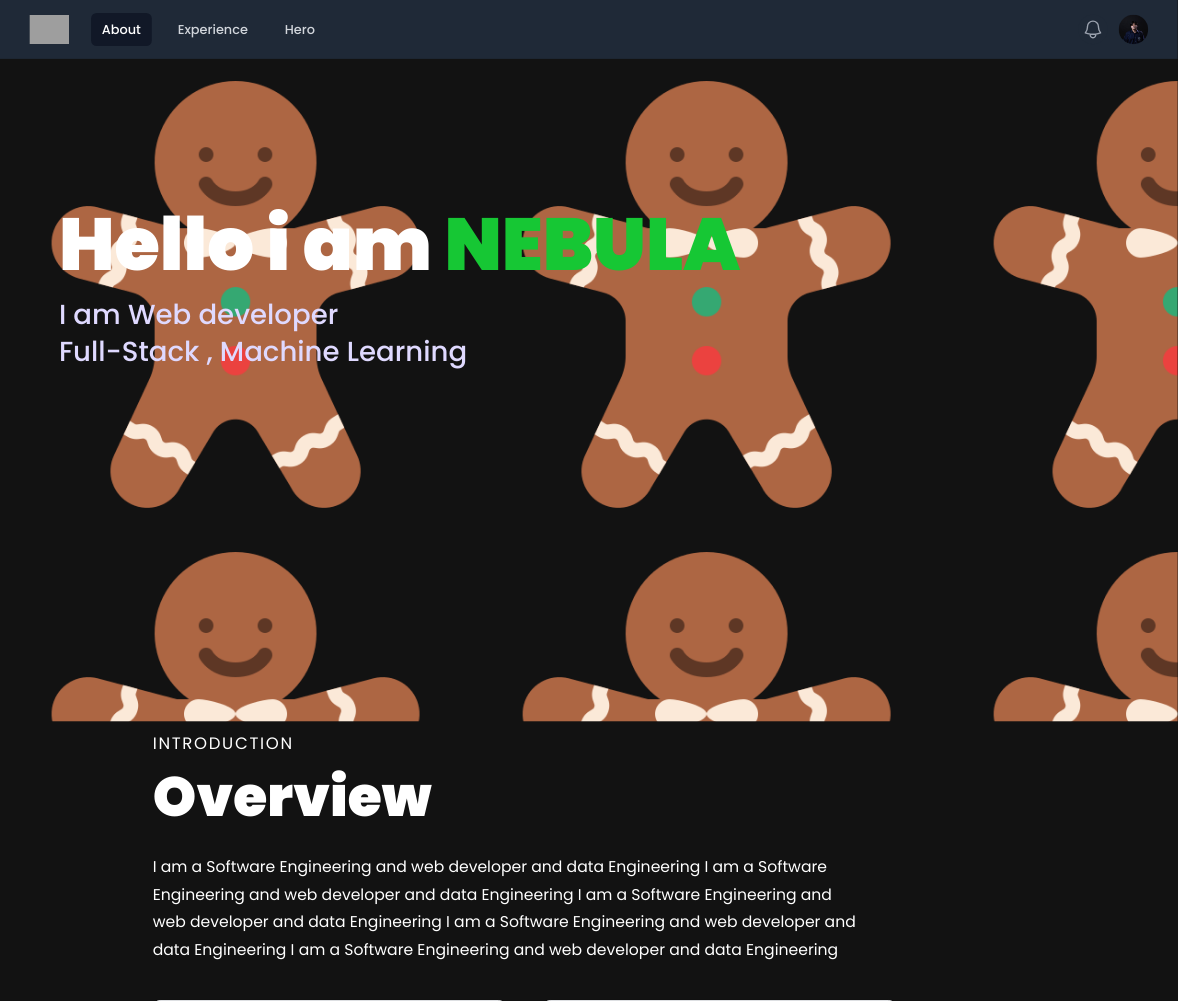
Repository: supakorn5039-boon/React-f
Page: /
These files come from the project's save history. The page is drawn as it stood at one moment and after the next save; the edit follows.
The browser window is 1280 px wide. The pictures show the part of the page from y = 0 to 1088 px (the page is 2029 px tall before and 1927 px after), at 92% of full size.
Pictures or frames that could not be fetched are drawn as grey boxes. The project was rebuilt for these pictures with package versions that can differ from the ones it lists, and the page was loaded fresh each time. Also part of the build but not shown: vite.config.js.

Above is the page before, as saved 2024-01-09 22:21:28.

### src/App.jsx
import Hero from "./components/Hero";
import About from "./components/About";
import Experience from "./components/Experience";
import Navbar from "./components/Navbar";

export default function App() {
  return (
    <div>
      <Navbar />
      <Hero />
      <About />
      <Experience />
    </div>
  );
}

### src/index.css
@import url("https://fonts.googleapis.com/css2?family=Poppins:wght@100;200;300;400;500;600;700;800;900&display=swap");

@tailwind base;
@tailwind components;
@tailwind utilities;

* {
  margin: 0;
  padding: 0;
  box-sizing: border-box;
  font-family: "Poppins", sans-serif;
  scroll-behavior: smooth;
  color-scheme: dark;
}
.bg-boon {
  background-image: url("./assets/gingerbread-man.png");
}
.section {
  position: absolute;
  inset: 0;
  top: 120px;
  max-width: 7xl;
  margin: 0 auto;
  padding-left: 6rem;
  padding-right: 6rem;
  display: flex;
  flex-direction: row;
  align-items: flex-start;
  gap: 1.25rem; /* This corresponds to 5 units in "rem" */
}
.heroHeadText {
  font-weight: 900;
  color: white;
  font-size: 80px;
  line-height: 98px;
  margin-top: 2rem;
}

@media (max-width: 1023px) {
  .heroHeadText {
    font-size: 60px;
  }
}

@media (max-width: 767px) {
  .heroHeadText {
    font-size: 50px;
  }
}

@media (max-width: 575px) {
  .heroHeadText {
    font-size: 40px;
  }
}

.heroSubText {
  font-weight: 500;
  color: #dfd9ff;
  font-size: 30px;
  line-height: 40px;
}

@media (max-width: 1023px) {
  .heroSubText {
    font-size: 26px;
  }
}

@media (max-width: 767px) {
  .heroSubText {
    font-size: 20px;
  }
}

@media (max-width: 575px) {
  .heroSubText {
    font-size: 16px;
  }
}

.sectionHeadText {
  color: white;
  font-weight: 900;
  font-size: 60px;
}

@media (max-width: 767px) {
  .sectionHeadText {
    font-size: 50px;
  }
}

@media (max-width: 575px) {
  .sectionHeadText {
    font-size: 40px;
  }
}

.sectionSubText {
  font-size: 18px;
  text-transform: uppercase;
  letter-spacing: 0.1em;
  color: var(--text-secondary);
}

@media (max-width: 767px) {
  .sectionSubText {
    font-size: 18px;
  }
}

.about-head {
  padding: 10px 6px; /* Default padding values */
  max-width: calc(100% - 20rem); /* Adjust the value according to your needs */
  margin: 0 auto;
  position: relative;
  z-index: 0;
}

@media (min-width: 640px) {
  .myElement {
    padding: 16px 6px; /* Updated padding for sm screen size */
  }
}

.about-text {
  margin-top: 1rem; /* Equivalent to mt-4 */
  color: white; /* Assuming --text-secondary is defined */
  font-size: 17px;
  max-width: 48rem; /* Equivalent to max-w-3xl */
  line-height: 1.875rem; /* Equivalent to leading-[30px] */
}

### src/components/Hero.jsx
export default function Hero() {
  return (
    <section className="relative w-full h-screen mx-auto bg-boon">
      <div className="absolute inset-0 top-[120px] mx-w-7xl mx-auto sm:px-16 px-6 flex flex-auto">
        <div>
          <h1 className="heroHeadText">
            Hello i am <span className="text-[#16c734]">NEBULA</span>
          </h1>
          <p className="heroSubText mt-2 text-white-100">
            I am Web developer <br />
            Full-Stack , Machine Learning
          </p>
        </div>
      </div>
    </section>
  );
}

### src/components/About.jsx
/* eslint-disable react/prop-types */
import { services } from "../data/Data";

const AboutCard = ({ item }) => {
  return (
    <div className="xs max-w-sm bg-white border border-gray-200 rounded-lg shadow dark:bg-gray-800 dark:border-gray-700">
      <a href="#">
        <img
          style={{ width: "100%", height: "200px" }}
          className="rounded-t-lg"
          src={item.image}
          alt=""
        />
      </a>
      <div className="p-5">
        <a href="#">
          <h5 className="mb-2 text-2xl font-bold tracking-tight text-gray-900 dark:text-white">
            Noteworthy technology acquisitions 2021
          </h5>
        </a>
        <p className="mb-3 font-normal text-gray-700 dark:text-gray-400">
          Here are the biggest enterprise technology acquisitions of 2021 so
          far, in reverse chronological order.
        </p>
        <a
          href="#"
          className="inline-flex items-center px-3 py-2 text-sm font-medium text-center text-white bg-blue-700 rounded-lg hover:bg-blue-800 focus:ring-4 focus:outline-none focus:ring-blue-300 dark:bg-blue-600 dark:hover:bg-blue-700 dark:focus:ring-blue-800"
        >
          Read more
          <svg
            className="rtl:rotate-180 w-3.5 h-3.5 ms-2"
            aria-hidden="true"
            xmlns="http://www.w3.org/2000/svg"
            fill="none"
            viewBox="0 0 14 10"
          >
            <path
              stroke="currentColor"
              strokeLinecap="round"
              strokeLinejoin="round"
              strokeWidth="2"
              d="M1 5h12m0 0L9 1m4 4L9 9"
            />
          </svg>
        </a>
      </div>
    </div>
  );
};

const About = () => {
  return (
    <div className="about-head">
      <div className="sectionSubText">Introduction</div>
      <h2 className="sectionHeadText">Overview</h2>
      <div className="about-text">
        I am a Software Engineering and web developer and data Engineering I am
        a Software Engineering and web developer and data Engineering I am a
        Software Engineering and web developer and data Engineering I am a
        Software Engineering and web developer and data Engineering I am a
        Software Engineering and web developer and data Engineering{" "}
      </div>

      <div className="mt-10 flex flex-wrap gap-10">
        {services.map((item, index) => {
          return <AboutCard item={item} key={index} />;
        })}
      </div>
    </div>
  );
};

export default About;

### src/components/Navbar.jsx
import { Fragment } from "react";
import { Disclosure, Menu, Transition } from "@headlessui/react";
import { Bars3Icon, BellIcon, XMarkIcon } from "@heroicons/react/24/outline";
import boon from "../assets/Photo.jpg";
const navigation = [
  { name: "About", href: "#about", current: true },
  { name: "Experience", href: "#experience", current: false },
  { name: "Hero", href: "#hero", current: false },
];

function classNames(...classes) {
  return classes.filter(Boolean).join(" ");
}

export default function Navbar() {
  return (
    <Disclosure as="nav" className="bg-gray-800">
      {({ open }) => (
        <>
          <div className="mx-auto max-w-7xl px-2 sm:px-6 lg:px-8">
            <div className="relative flex h-16 items-center justify-between">
              <div className="absolute inset-y-0 left-0 flex items-center sm:hidden">
                {/* Mobile menu button*/}
                <Disclosure.Button className="relative inline-flex items-center justify-center rounded-md p-2 text-gray-400 hover:bg-gray-700 hover:text-white focus:outline-none focus:ring-2 focus:ring-inset focus:ring-white">
                  <span className="absolute -inset-0.5" />
                  <span className="sr-only">Open main menu</span>
                  {open ? (
                    <XMarkIcon className="block h-6 w-6" aria-hidden="true" />
                  ) : (
                    <Bars3Icon className="block h-6 w-6" aria-hidden="true" />
                  )}
                </Disclosure.Button>
              </div>
              <div className="flex flex-1 items-center justify-center sm:items-stretch sm:justify-start">
                <div className="flex flex-shrink-0 items-center">
                  <img
                    className="h-8 w-auto"
                    src="https://tailwindui.com/img/logos/mark.svg?color=indigo&shade=500"
                    alt="Your Company"
                  />
                </div>
                <div className="hidden sm:ml-6 sm:block">
                  <div className="flex space-x-4">
                    {navigation.map((item) => (
                      <a
                        key={item.name}
                        href={item.href}
                        className={classNames(
                          item.current
                            ? "bg-gray-900 text-white"
                            : "text-gray-300 hover:bg-gray-700 hover:text-white",
                          "rounded-md px-3 py-2 text-sm font-medium"
                        )}
                        aria-current={item.current ? "page" : undefined}
                      >
                        {item.name}
                      </a>
                    ))}
                  </div>
                </div>
              </div>
              <div className="absolute inset-y-0 right-0 flex items-center pr-2 sm:static sm:inset-auto sm:ml-6 sm:pr-0">
                <button
                  type="button"
                  className="relative rounded-full bg-gray-800 p-1 text-gray-400 hover:text-white focus:outline-none focus:ring-2 focus:ring-white focus:ring-offset-2 focus:ring-offset-gray-800"
                >
                  <span className="absolute -inset-1.5" />
                  <span className="sr-only">View notifications</span>
                  <BellIcon className="h-6 w-6" aria-hidden="true" />
                </button>

                {/* Profile dropdown */}
                <Menu as="div" className="relative ml-3">
                  <div>
                    <Menu.Button className="relative flex rounded-full bg-gray-800 text-sm focus:outline-none focus:ring-2 focus:ring-white focus:ring-offset-2 focus:ring-offset-gray-800">
                      <span className="absolute -inset-1.5" />
                      <span className="sr-only">Open user menu</span>
                      <img className="h-8 w-8 rounded-full" src={boon} alt="" />
                    </Menu.Button>
                  </div>
                  <Transition
                    as={Fragment}
                    enter="transition ease-out duration-100"
                    enterFrom="transform opacity-0 scale-95"
                    enterTo="transform opacity-100 scale-100"
                    leave="transition ease-in duration-75"
                    leaveFrom="transform opacity-100 scale-100"
                    leaveTo="transform opacity-0 scale-95"
                  >
                    <Menu.Items className="absolute right-0 z-10 mt-2 w-48 origin-top-right rounded-md bg-white py-1 shadow-lg ring-1 ring-black ring-opacity-5 focus:outline-none">
                      <Menu.Item>
                        {({ active }) => (
                          <a
                            href="#"
                            className={classNames(
                              active ? "bg-gray-100" : "",
                              "block px-4 py-2 text-sm text-gray-700"
                            )}
                          >
                            Your Profile
                          </a>
                        )}
                      </Menu.Item>
                      <Menu.Item>
                        {({ active }) => (
                          <a
                            href="#"
                            className={classNames(
                              active ? "bg-gray-100" : "",
                              "block px-4 py-2 text-sm text-gray-700"
                            )}
                          >
                            Settings
                          </a>
                        )}
                      </Menu.Item>
                      <Menu.Item>
                        {({ active }) => (
                          <a
                            href="#"
                            className={classNames(
                              active ? "bg-gray-100" : "",
                              "block px-4 py-2 text-sm text-gray-700"
                            )}
                          >
                            Sign out
                          </a>
                        )}
                      </Menu.Item>
                    </Menu.Items>
                  </Transition>
                </Menu>
              </div>
            </div>
          </div>

          <Disclosure.Panel className="sm:hidden">
            <div className="space-y-1 px-2 pb-3 pt-2">
              {navigation.map((item) => (
                <Disclosure.Button
                  key={item.name}
                  as="a"
                  href={item.href}
                  className={classNames(
                    item.current
                      ? "bg-gray-900 text-white"
                      : "text-gray-300 hover:bg-gray-700 hover:text-white",
                    "block rounded-md px-3 py-2 text-base font-medium"
                  )}
                  aria-current={item.current ? "page" : undefined}
                >
                  {item.name}
                </Disclosure.Button>
              ))}
            </div>
          </Disclosure.Panel>
        </>
      )}
    </Disclosure>
  );
}

### src/data/Data.js
export const services = [
  {
    title: "Web Developer",
    image: "https://source.unsplash.com/random?wallpapers",
  },
  {
    title: "Web GIS",
    image: "https://source.unsplash.com/random?wallpapers",
  },
  {
    title: "Backend Developer",
    image: "https://source.unsplash.com/random?wallpapers",
  },
  {
    title: "Youtuber",
    image: "https://source.unsplash.com/random?wallpapers",
  },
];

export const experiences = [
  {
    title: "React",
    company_name: "RTAF",
    iconBg: "#383E56",
    icon: "https://source.unsplash.com/random?wallpapers",
    date: "March 2022 - April 2023",
    points: [
      "Lorem ipsum dolor sit amet consectetur, adipisicing elit. Tenetur vitae voluptas voluptatum, rerum deleniti enim quis repellat ipsum. Deleniti eius quo esse ea minima quisquam recusandae, possimus consectetur necessitatibus accusantium!",
      "Lorem ipsum dolor sit amet consectetur, adipisicing elit. Tenetur vitae voluptas voluptatum, rerum deleniti enim quis repellat ipsum. Deleniti eius quo esse ea minima quisquam recusandae, possimus consectetur necessitatibus accusantium!",
    ],
  },
  {
    title: "React",
    company_name: "RTAF",
    iconBg: "#383E56",
    icon: "https://source.unsplash.com/random?wallpapers",
    date: "March 2023 - April 2024",
    points: [
      "Lorem ipsum dolor sit amet consectetur, adipisicing elit. Tenetur vitae voluptas voluptatum, rerum deleniti enim quis repellat ipsum. Deleniti eius quo esse ea minima quisquam recusandae, possimus consectetur necessitatibus accusantium!",
      "Lorem ipsum dolor sit amet consectetur, adipisicing elit. Tenetur vitae voluptas voluptatum, rerum deleniti enim quis repellat ipsum. Deleniti eius quo esse ea minima quisquam recusandae, possimus consectetur necessitatibus accusantium!",
    ],
  },
  {
    title: "React",
    company_name: "RTAF",
    iconBg: "#383E56",
    icon: "https://source.unsplash.com/random?wallpapers",
    date: "March 2024 - Current",
    points: [
      "Lorem ipsum dolor sit amet consectetur, adipisicing elit. Tenetur vitae voluptas voluptatum, rerum deleniti enim quis repellat ipsum. Deleniti eius quo esse ea minima quisquam recusandae, possimus consectetur necessitatibus accusantium!",
      "Lorem ipsum dolor sit amet consectetur, adipisicing elit. Tenetur vitae voluptas voluptatum, rerum deleniti enim quis repellat ipsum. Deleniti eius quo esse ea minima quisquam recusandae, possimus consectetur necessitatibus accusantium!",
    ],
  },
];

### tailwind.config.js
/** @type {import('tailwindcss').Config} */
export default {
  content: ["./index.html", "./src/**/*.{js,ts,jsx,tsx}"],
  theme: {
    extend: {
      screens: {
        xs: "450px",
      },
    },
  },
  plugins: [],
};

Loaded but not shown: index.html (common file); src/main.jsx (common file); src/components/Experience.jsx (common file)

After the next save:
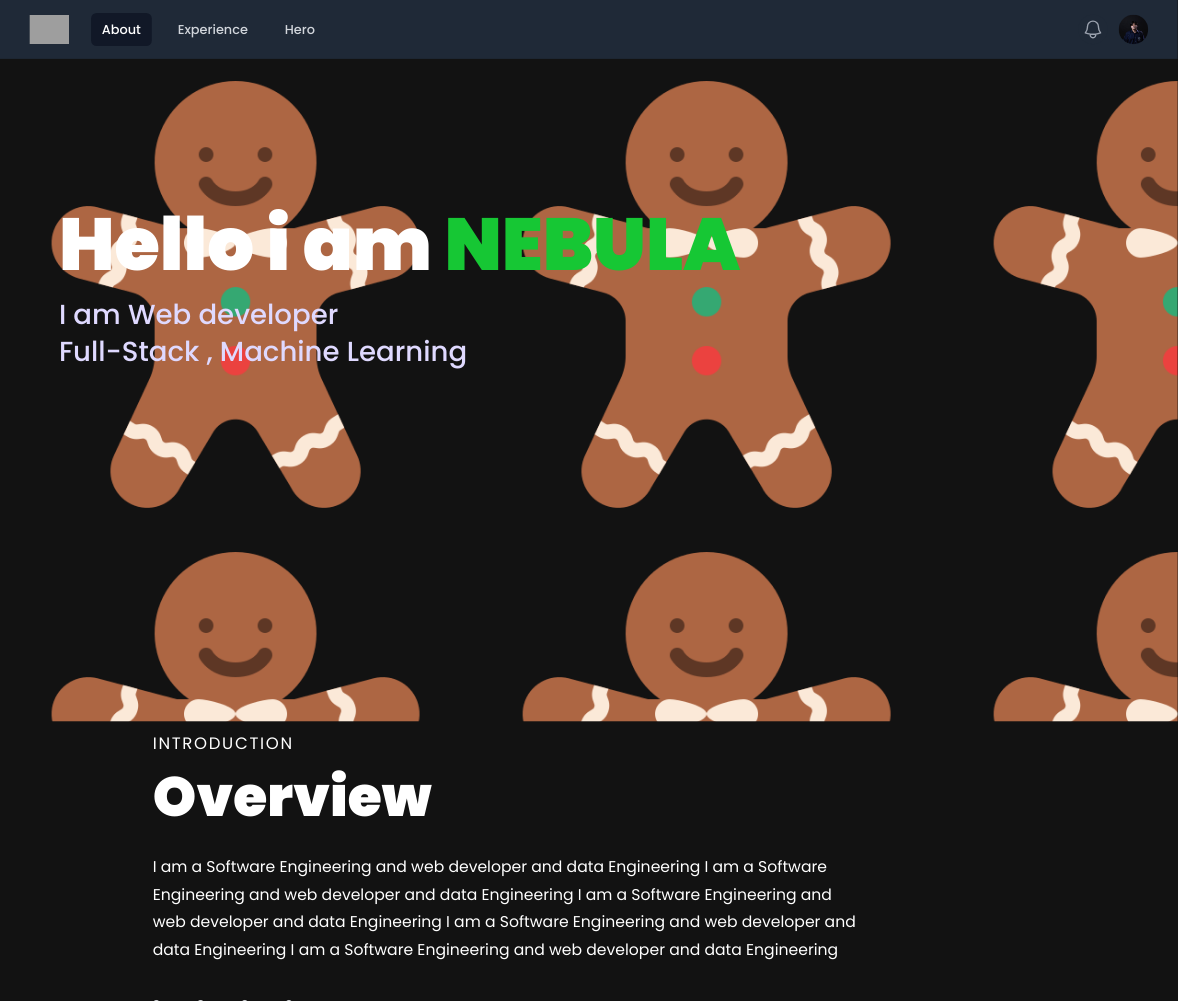
Saved 4 s later.
--- a/src/components/About.jsx
+++ b/src/components/About.jsx
@@ -3,7 +3,7 @@ import { services } from "../data/Data";
 
 const AboutCard = ({ item }) => {
   return (
-    <div className="xs max-w-sm bg-white border border-gray-200 rounded-lg shadow dark:bg-gray-800 dark:border-gray-700">
+    <div className="xs:w-2 max-w-sm bg-white border border-gray-200 rounded-lg shadow dark:bg-gray-800 dark:border-gray-700">
       <a href="#">
         <img
           style={{ width: "100%", height: "200px" }}
